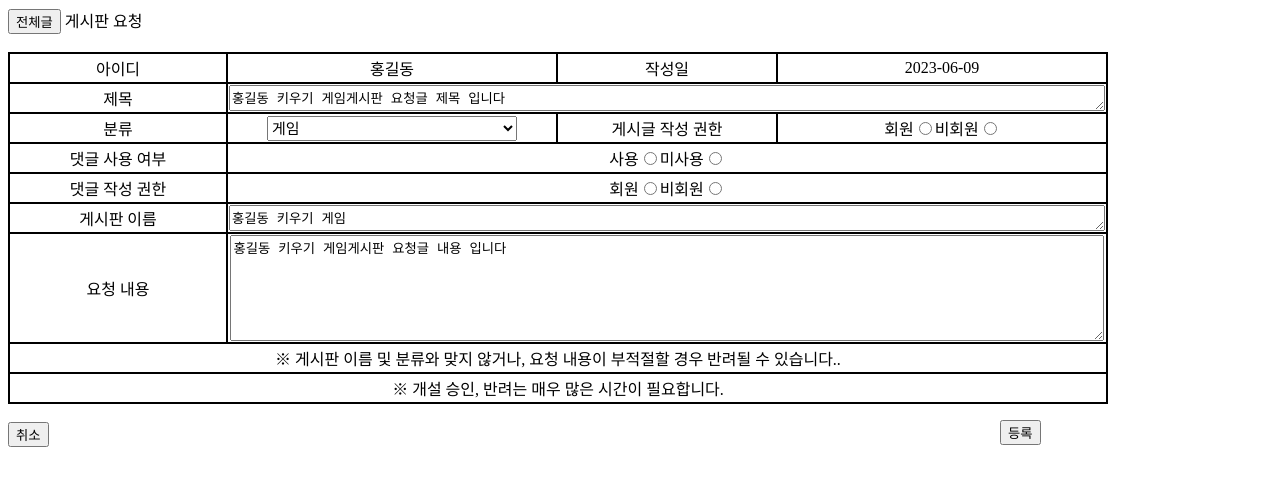
Repository: LJzero-dev/java-study
Page: http://localhost/ktbwos/bbs/request_view.jsp
The author's editor kept a copy of each file at every save. The page is drawn from the files as they stood at one save, then again after the next save.
The browser window is 1280 px wide. The pictures show the whole page.
The page is served by Tomcat 9. Other server files are loaded and not shown.

Above is the page before, as saved 2023-06-11 11:09:01.

### web/ktbwos/WebContent/bbs/request_view.jsp
<%@ page language="java" contentType="text/html; charset=UTF-8" pageEncoding="UTF-8"%>
<!DOCTYPE html PUBLIC "-//W3C//DTD HTML 4.01 Transitional//EN" "http://www.w3.org/TR/html4/loose.dtd">
<html>
<head>
<meta http-equiv="Content-Type" content="text/html; charset=UTF-8">
<style>
	a:link { color:black; text-decoration:none; }
	a:visited { color:black; text-decoration:none; }
	a:hover { color:black; text-decoration:underline; }
	table, th, td {
	border:2px solid black;
	border-collapse : collapse;
	}
	tr { height:30px;}
	th { background-color:#5B9BD5; color:white;}
	td { text-align:center;}
</style>
<title>Insert title here</title>
</head>
<body>

<div width="1100">
<input type="button" value="전체글">  게시판 요청<br /><br />
<form action="">
	<table width="1100" >
		<tr>
			<td width="20%">아이디</td>
			<td width="30%">홍길동</td>
			<td width="20%">작성일</td>
			<td width="30%">2023-06-09</td>
		</tr>
		<tr>
			<td>제목</td>
			<td colspan="3"><textarea style="width:870px; height:20px">홍길동 키우기 게임게시판 요청글 제목 입니다</textarea></td>
		</tr >
		<tr>
			<td>분류</td>
			<td>
				<select name="rl_ctgr" style="width:250px; height:25px; font-size:15px;">
					<option value="a" >게임</option>
					<option value="b" >연예</option>
					<option value="c" >스포츠</option>
				</select>
			</td>
			<td>게시글 작성 권한</td>
			<td><label>회원<input type="radio" name="rl_write" value="y" /></label><label>비회원<input type="radio" name="rl_write" value="n" /></label></td>
		</tr>
		<tr>
			<td>댓글 사용 여부</td>
			<td colspan="3"><label>사용<input type="radio" name="rl_reply_use" value="y" /></label><label>미사용<input type="radio" name="rl_reply_use" value="n" /></label>
            </td>
		</tr>

		<tr>
			<td>댓글 작성 권한</td>
			<td colspan="3"><label>회원<input type="radio" name="rl_reply_write" value="y" /></label><label>비회원<input type="radio" name="rl_reply_write" value="n" /></label>
            </td>
		</tr>

		<tr>
			<td>게시판 이름</td>
			<td colspan="3"><textarea style="width:870px; height:20px">홍길동 키우기 게임</textarea></td>
		</tr>
		<tr>
			<td>요청 내용</td>
			<td colspan="3"><textarea style="width:99%; height:100px">홍길동 키우기 게임게시판 요청글 내용 입니다</textarea></td>
		</tr>
		<tr>
			<td colspan="4">※ 게시판 이름 및 분류와 맞지 않거나, 요청 내용이 부적절할 경우 반려될 수 있습니다..</td>
		</tr>
		<tr>
			<td colspan="4">※ 개설 승인, 반려는 매우 많은 시간이 필요합니다.</td>
		</tr>
	</table><br />
	<input style="position: fixed;  top: 420px;  left: 1000px;" type="submit" value="등록"><input type="button" value="취소">
</form>
</div>
</body>
</html>

After the next save:
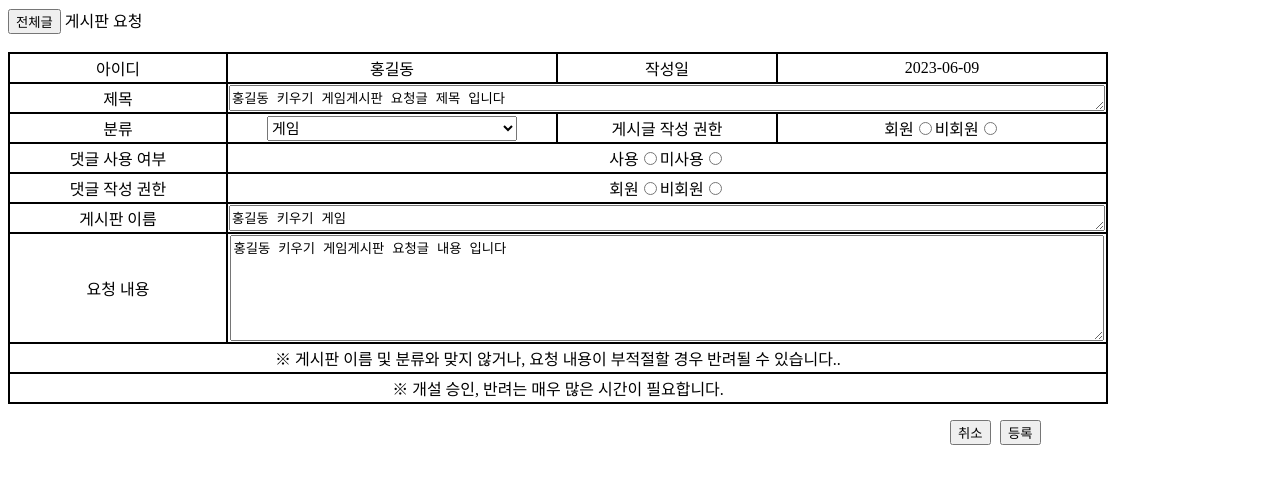
Saved 26 s later.
--- a/web/ktbwos/WebContent/bbs/request_view.jsp
+++ b/web/ktbwos/WebContent/bbs/request_view.jsp
@@ -72,7 +72,7 @@
 			<td colspan="4">※ 개설 승인, 반려는 매우 많은 시간이 필요합니다.</td>
 		</tr>
 	</table><br />
-	<input style="position: fixed;  top: 420px;  left: 1000px;" type="submit" value="등록"><input type="button" value="취소">
+	<input style="position: fixed;  top: 420px;  left: 1000px;" type="submit" value="등록"><input style="position: fixed;  top: 420px;  left: 950px;" type="button" value="취소">
 </form>
 </div>
 </body>
